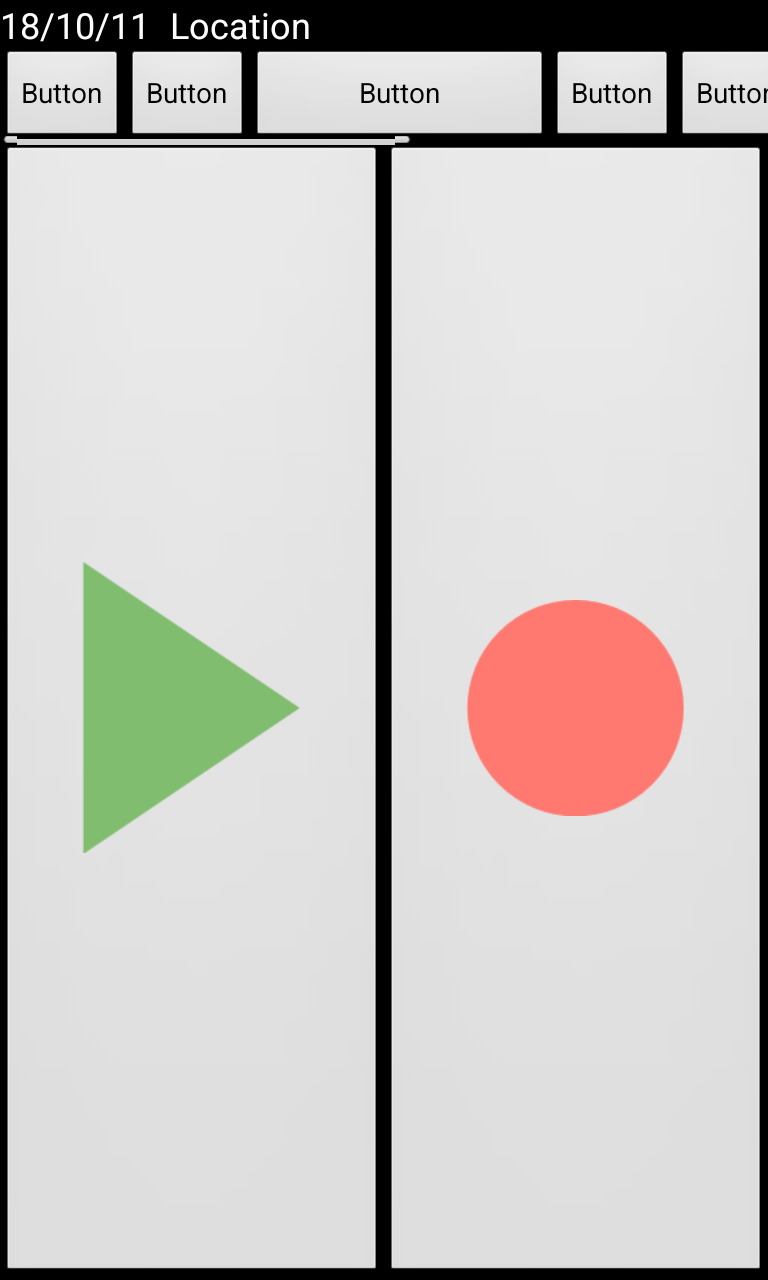
Repository: aikuma/aikuma
Layout: BOLDApp/res/layout/listen.xml
The author's editor kept a copy of each file at every save. The layout is drawn from the files as they stood at one save, then again after the next save.
It is drawn on a 768 x 1280 px phone screen (xhdpi) without system bars, with theme android:Theme; the app's code is not run.

Above is the layout before, as saved 2011-07-29 03:21:01.

After the next save:
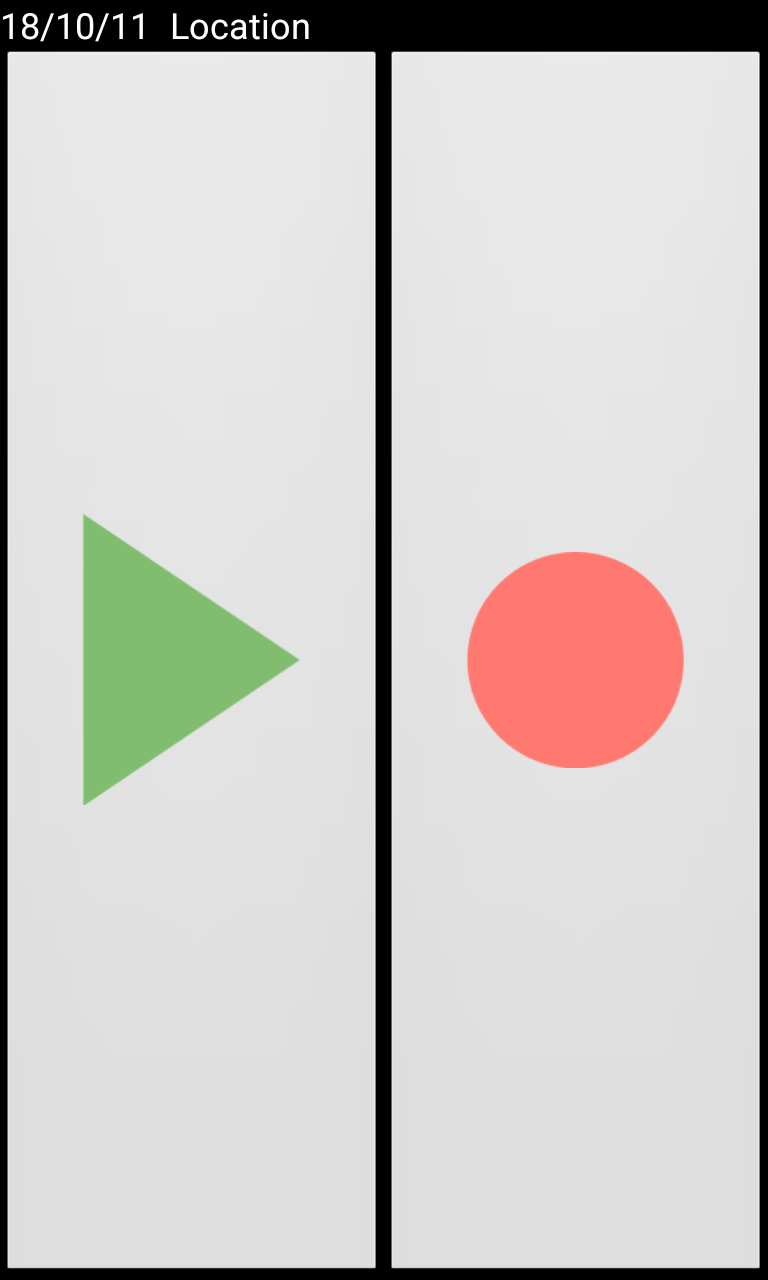
Saved 5 min 43 s later.
--- a/BOLDApp/res/layout/listen.xml
+++ b/BOLDApp/res/layout/listen.xml
@@ -9,17 +9,7 @@
     </LinearLayout>
     <LinearLayout android:layout_width="match_parent" android:id="@+id/linearLayout2" android:layout_height="wrap_content" android:layout_weight="0">
         <HorizontalScrollView android:id="@+id/horizontalScrollView1" android:layout_width="wrap_content" android:layout_height="wrap_content">
-            <LinearLayout android:id="@+id/linearLayout4" android:layout_width="match_parent" android:layout_height="match_parent" android:orientation="horizontal">
-                <Button android:text="Button" android:id="@+id/button1" android:layout_width="wrap_content" android:layout_height="wrap_content"></Button>
-                <Button android:text="Button" android:layout_height="wrap_content" android:id="@+id/button2" android:layout_width="wrap_content"></Button>
-                <Button android:text="Button" android:layout_height="wrap_content" android:id="@+id/button3" android:layout_width="150dp"></Button>
-                <Button android:text="Button" android:layout_height="wrap_content" android:id="@+id/button4" android:layout_width="wrap_content"></Button>
-                <Button android:text="Button" android:layout_height="wrap_content" android:id="@+id/button5" android:layout_width="wrap_content"></Button>
-                <Button android:text="Button" android:layout_height="wrap_content" android:id="@+id/button6" android:layout_width="wrap_content"></Button>
-                <Button android:text="Button" android:layout_height="wrap_content" android:id="@+id/button7" android:layout_width="wrap_content"></Button>
-                <Button android:text="Button" android:layout_height="wrap_content" android:id="@+id/button8" android:layout_width="wrap_content"></Button>
-                <Button android:text="Button" android:layout_height="wrap_content" android:id="@+id/button10" android:layout_width="wrap_content"></Button>
-                <Button android:text="Button" android:layout_height="wrap_content" android:id="@+id/button9" android:layout_width="wrap_content"></Button>
+            <LinearLayout android:layout_width="match_parent" android:layout_height="match_parent" android:orientation="horizontal" android:id="@+id/timeline">
             </LinearLayout>
         </HorizontalScrollView>
     </LinearLayout>
